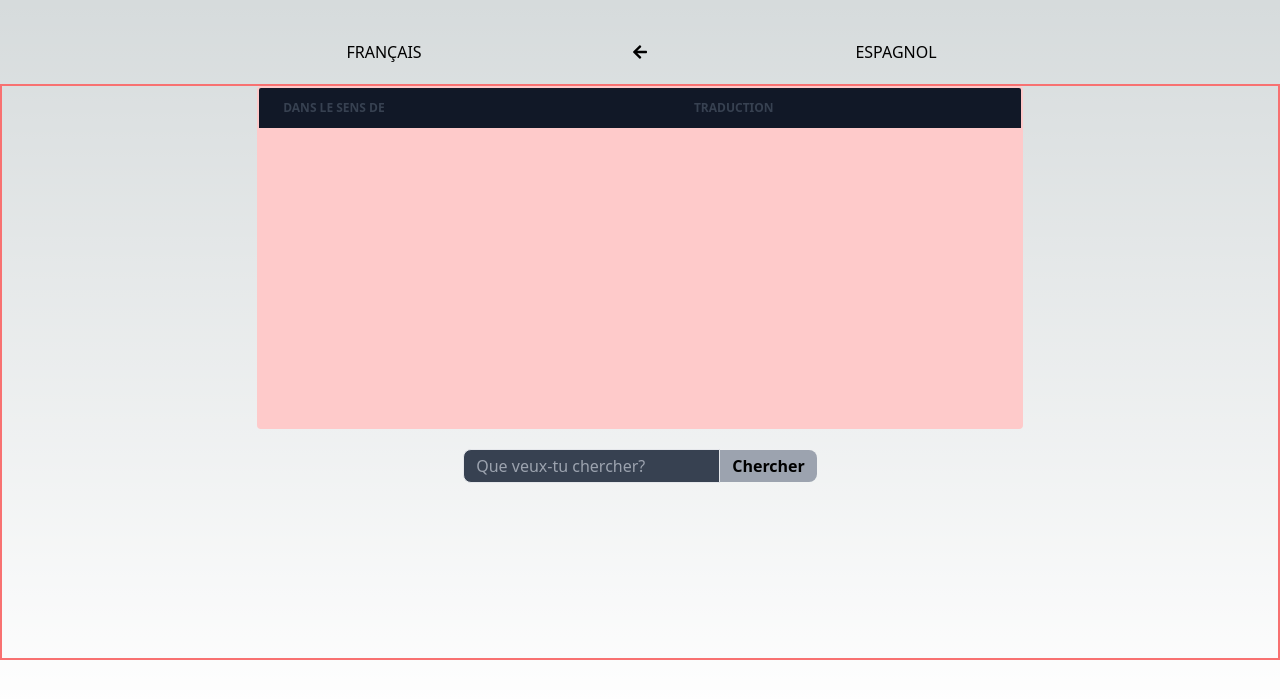
Repository: All-Khwarizmi/Dico
Page: /
These files come from the project's save history. The page is drawn as it stood at one moment and after the next save; the edit follows.
The browser window is 1280 px wide. The pictures show the whole page.
The project was rebuilt for these pictures with package versions that can differ from the ones it lists, and the page was loaded fresh each time. The framework's server and built-in components were replaced by stand-ins that run in the browser. Also part of the build but not shown: next.config.js, vite.config.ts.

Above is the page before, as saved 2023-02-17 18:30:58.

After the next save:
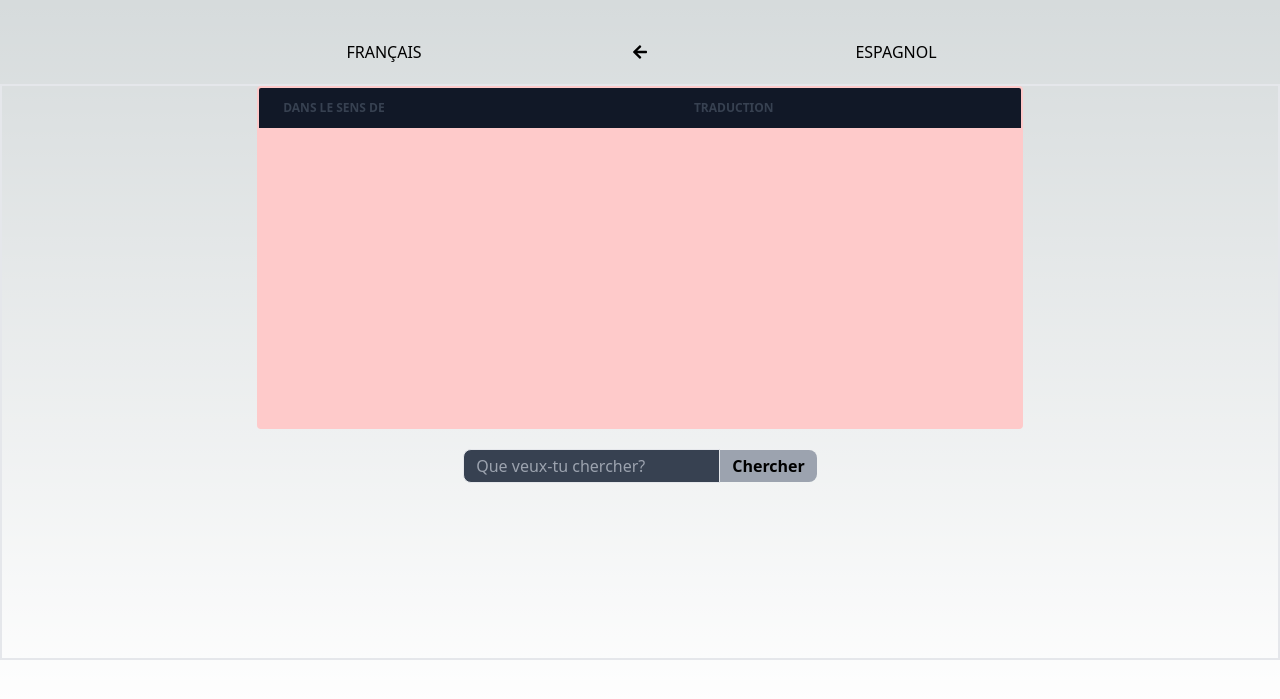
Saved 6 s later.
--- a/src/app/page.tsx
+++ b/src/app/page.tsx
@@ -107,7 +107,7 @@ export default function Home() {
           </div>
         )}
       </div>
-      <div className='flex h-[80%] flex-col border border-red-400 border-2 items-center gap-5'>
+      <div className='flex h-[80%] flex-col border  border-2 items-center gap-5'>
         <div className=' h-[60%] max-h-[80%] w-[60%] overflow-scroll rounded border-2 border-solid border-red-200 bg-red-200'>
           <div className='text-black '>
             <div className=''>
